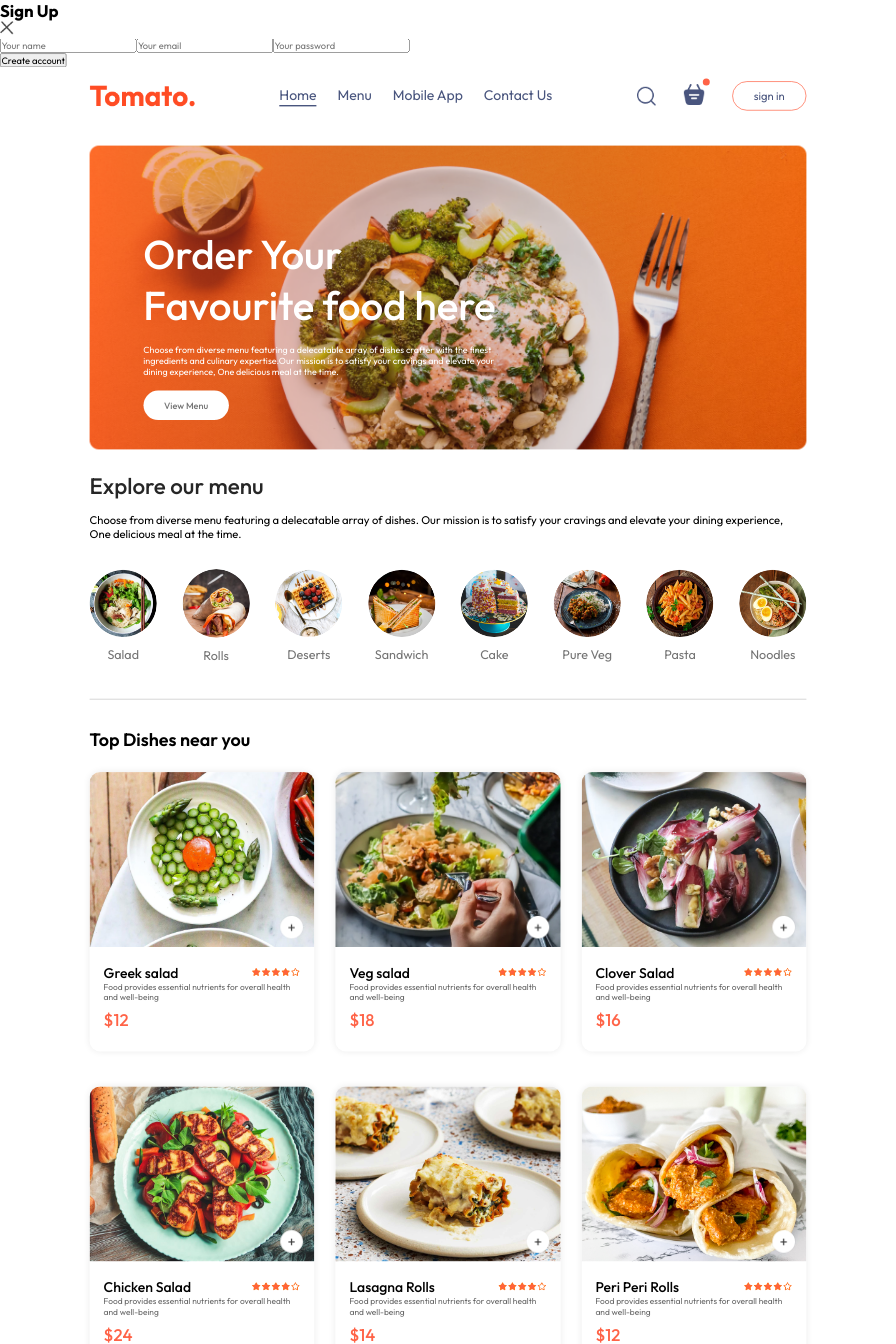
Repository: esakkiraj8104/FOOD_ORDER1
Page: /, after clicking the first element matching `button`
The author's editor kept a copy of each file at every save. The page is drawn from the files as they stood at one save, then again after the next save.
The browser window is 1280 px wide. The pictures show the part of the page from y = 0 to 1920 px (the page is 6809 px tall before and 6779 px after), at 70% of full size.
The project was rebuilt for these pictures with package versions that can differ from the ones it lists, and the page was loaded fresh each time. Also part of the build but not shown: vite.config.js, src/pages/Cart/Cart.css, src/pages/Cart/Cart.jsx, src/components/LoginPopup/LoginPopup.css. Imported but missing from the stored project, and not drawn on this page: src/pages/PlaceOrder/PlaceOrder.

Above is the page before, as saved 2025-05-17 14:10:05.

### index.html
<!doctype html>
<html lang="en">
  <head>
    <meta charset="UTF-8" />
    <link rel="icon" type="image/svg+xml" href="/vite.svg" />
    <meta name="viewport" content="width=device-width, initial-scale=1.0" />
    <title>Tomoto food Web</title>
  </head>
  <body>
    <div id="root"></div>
    <script type="module" src="/src/main.jsx"></script>
  </body>
</html>

### src/main.jsx
import React from 'react'
import ReactDOM from 'react-dom/client'
import './index.css'
import App from './App.jsx'
import {BrowserRouter} from 'react-router-dom'
import StoreContextProvider from './Context/StoreContext.jsx'

ReactDOM.createRoot(document.getElementById('root')).render(
  <BrowserRouter>
    <StoreContextProvider>
      <App />
    </StoreContextProvider>

  </BrowserRouter>

)

### src/index.css
@import url('https://fonts.googleapis.com/css2?family=Outfit:wght@100..900&display=swap');

*{
  padding: 0;
  margin: 0;
  box-sizing: border-box;
  font-family: outfit;
  scroll-behavior: smooth;
}
body{
  min-height: 100vh;
}
a{
  text-decoration :none;
  color: inherit;
}
.app{
  width: 80%;
  margin: auto;
}

@keyframes fadeIn {
  0%{
    opacity: 0;
  }
  100%{
    opacity: 1;
  }
}

### src/App.jsx
import React,{ useState } from 'react'
import { Route, Routes } from 'react-router-dom'
import Home from './pages/Home/Home'
import Cart from './pages/Cart/Cart'
import PlaceOrder from './pages/PlaceOrder/PlaceOrder'
import Navbar from './components/Navbar/Navbar/Navbar'
import Footer from './components/Navbar/Footer/Footer'
import LoginPopup from './components/LoginPopup/LoginPopup'

const App = () => {

  const[showLogin,setShowLogin]= useState(false)
  return (

    <>
    {showLogin?<LoginPopup setShowLogin={setShowLogin}/>:<></>}
      <div className='app'>
        <Navbar setShowLogin={setShowLogin}/>
        <Routes >
          <Route path='/' element={<Home />} />
          <Route path='/cart' element={<Cart />} />
          <Route path='/order' element={<PlaceOrder />} />
        </Routes>
      </div>
      <Footer />

    </>


  )
}

export default App

### src/Context/StoreContext.jsx
import { createContext, useEffect, useState } from "react";
import { food_list } from "../assets/assets";

export const StoreContext = createContext(null)

const StoreContextProvider = (props) => {

    const [cartItems,setCartItems]= useState({});

    const addToCart = (itemId) => {
        if (!cartItems[itemId]) {
            setCartItems((prev)=>({...prev,[itemId]:1}))
        }
        else{
            setCartItems((prev)=>({...prev,[itemId]:prev[itemId]+1}))
        }
    }

    const removeFromCart = (itemId) =>{
        setCartItems((prev)=>({...prev,[itemId]:prev[itemId]-1}))
    }

    useEffect(()=>{
        console.log(cartItems);
    },[cartItems])

    const contextValue = {
        food_list,
        cartItems,
        setCartItems,
        addToCart,
        removeFromCart

    }
    return (
        <StoreContext.Provider value={contextValue}>
            {props.children}
        </StoreContext.Provider>
    )
}

export default StoreContextProvider;

### src/pages/Home/Home.jsx
import React, { useState } from 'react'
import './Home.css'
import Header from '../../components/Navbar/Header/Header'
import ExploreMenu from '../../components/Navbar/ExploreMenu/ExploreMenu'
import FoodDisplay from '../../components/Navbar/FoodDisplay/FoodDisplay'
import AppDownload from '../../components/Navbar/AppDownload/AppDownload'

const Home = () => {

    const [category,setCategory]=useState("All");



  return (
    <div>
      <Header/>
      <ExploreMenu category={category} setCategory={setCategory}/>
      <FoodDisplay category={category}/>
      <AppDownload/>
    </div>
  )
}

export default Home

### src/components/Navbar/Navbar/Navbar.jsx
import React, { useState } from 'react'
import './Navbar.css'
import { assets } from '../../../assets/assets'
import { Link } from 'react-router-dom';
const Navbar = ({setShowLogin}) => {

    const [menu,setMenu] = useState("home");
  return (
    <div className='navbar'>
        <img src={assets.logo} alt="" className="logo" />
        <ul className="navbar-menu">
        <Link to='/'className={menu === "home" ? "active" : ""} onClick={() => setMenu("home")}>Home</Link>
        <a href='#explore-menu' className={menu === "menu" ? "active" : ""} onClick={() => setMenu("menu")}>Menu</a>
        <a href='#app-download'className={menu === "mobile-app" ? "active" : ""} onClick={() => setMenu("mobile-app")}>Mobile App</a>
        <a href='#footer'className={menu === "contact us" ? "active" : ""} onClick={() => setMenu("contact us")}>Contact Us</a>
        </ul>
        <div className="navbar-right">
            <img src={assets.search_icon} alt="" />
            <div className="navbar-search-icon">
                <img src={assets.basket_icon} alt="" />
                <div className="dot"></div>
            </div>
            <button onClick={()=>setShowLogin(true)}>sign in</button>
        </div>
    </div>
  )
}

export default Navbar

### src/components/Navbar/Footer/Footer.jsx
import React from 'react'
import './Footer.css'
import { assets } from '../../../assets/assets'

const Footer = () => {
  return (

    <div className='footer' id='footer'>
      <div className="footer-content">
        <div className="footer-content-left">
          <img src={assets.logo} alt="" />
          <p>Craving something delicious? We bring your favorite meals from top restaurants straight to your door, hot and fresh.
            With fast delivery, secure payments, and  24/7 support, ordering food has never been easier.
            Tomato.com - Serving happiness, one order at a time.</p>
          <div className="footer-social-icons">
            <img src={assets.facebook_icon} alt="" />
            <img src={assets.twitter_icon} alt="" />
            <img src={assets.linkedin_icon} alt="" />
          </div>
        </div>
        <div className="footer-content-center">
          <h2>COMPANY</h2>
          <ul>
            <li>Home</li>
            <li>About us</li>
            <li>Delivery</li>
            <li>Privacy Policy</li>
          </ul>
        </div>
        <div className="footer-content-right">
          <h2>GET IN TOUCH</h2>
          <ul>
            <li>+91-8765434534</li>
            <li>contact@tomato.com</li>
          </ul>
        </div>
      </div>
      <hr />
      <p className="footer-copyright">© 2025 Tomato.com – All Rights Reserved.</p>
    </div>
  )
}

export default Footer

### src/components/LoginPopup/LoginPopup.jsx
import React, { useState } from 'react'
import './LoginPopup.css'
import { assets } from '../../assets/assets'

const LoginPopup = ({setShowLogin}) => {

    const[currState,setCurrState]= useState("Sign Up")

  return (
    <div className='LoginPopup'>
      <form action="" className="login-popup-container">
        <div className="login-popup-title">
          <h2>{currState}</h2>
          <img onClick={()=>setShowLogin(false)} src={assets.cross_icon} alt="" />
        </div>
        <div className="login-popup-inputs">
          <input type="text" placeholder='Your name'required />
          <input type="email" placeholder='Your email'required />
          <input type="password" placeholder='Your password'required />
        </div>
        <button>{currState==="Sign Up"?"Create account":"Login"}</button>
      </form>
    </div>
  )
}

export default LoginPopup

### src/components/Navbar/Header/Header.jsx
import React from 'react'
import './Haeder.css'

const Header = () => {
  return (
    <div className='header'>
       <div className="header-contents">
        <h2>Order Your Favourite food here</h2>
        <p>Choose from diverse menu featuring a delecatable array of dishes crafter with the finest ingredients and culinary expertise.Our mission is to satisfy your cravings and elevate your dining experience, One delicious meal at the time. </p>
        <button>View Menu</button>
       </div>
    </div>

  )
}

export default Header

### src/components/Navbar/ExploreMenu/ExploreMenu.jsx
import React from 'react'
import './ExploreMenu.css'
import { menu_list } from '../../../assets/assets'
const ExploreMenu = ({category,setCategory}) => {
  return (
    <div className='explore-menu' id='explore-menu'>
        <h1>Explore our menu</h1>
        <p>Choose from diverse menu featuring a delecatable array of dishes. Our mission is to satisfy your cravings and elevate your dining experience, One delicious meal at the time. </p>
        <div className="explore-menu-list">
            {menu_list.map((item,index)=>{
                return (
                    <div onClick={()=>setCategory(prev=>prev===item.menu_name?"All":item.menu_name)} key={index} className='explore-menu-list-item'>
                        <img className={category===item.menu_name?"active":""} src={item.menu_image} alt="" />
                        <p>{item.menu_name}</p>
                    </div>
                )
            })}
        </div>
        <hr/>
    </div>
  )
}

export default ExploreMenu

### src/components/Navbar/FoodDisplay/FoodDisplay.jsx
import React, { useContext } from 'react'
import './FoodDisplay.css'
import { StoreContext } from '../../../Context/StoreContext'
import FoodItem from '../FoodItem/FoodItem'

const FoodDisplay = ({ category }) => {

  const { food_list } = useContext(StoreContext)

  return (
    <div className='food-display' id='food-display'>
      <h2>Top Dishes near you</h2>
      <div className="food-display-list">
        {food_list.map((item, index) => {
          if (category === "All" || category === item.category) {


            return <FoodItem key={index} id={item._id} name={item.name} description={item.description} price={item.price} image={item.image} />
          }
        })}
      </div>
    </div>
  )
}

export default FoodDisplay

### src/components/Navbar/AppDownload/AppDownload.jsx
import React from 'react'
import './AppDownload.css'
import { assets } from '../../../assets/assets'

const AppDownload = () => {
  return (
    <div className='app-download'id='app-download'>
      <p>For Better Experience Download <br /> Tomato App</p>
      <div className="app-download-platforms">
        <img src={assets.play_store} alt="" />
        <img src={assets.app_store} alt="" />

      </div>

    </div>
  )
}

export default AppDownload

### src/components/Navbar/Navbar/Navbar.css
.navbar{
    padding: 20px 0px;
    display: flex;
    justify-content: space-between;
    align-items: center;
}

.navbar .logo{
    width: 150px;
}

.navbar-menu{
    display: flex;
    list-style: none;
    gap: 30px;
    color: #49557e;
    font-size: 20px;
}

.navbar-right{
    display: flex;
    align-items: center;
    gap: 40px;
}

.navbar button{
    background: transparent;
    font-size: 16px;
    color: #49557e;
    border: 1px solid tomato;
    padding: 10px 30px;
    border-radius: 50px;
    cursor: pointer;
    transition: 0.3;
}

.navbar button:hover{
    background-color: #fff4f2;
}

.navbar .active{
    padding-bottom: 2px;
    border-bottom: 2px solid #49557e;
}

.navbar li{
    cursor: pointer;
}

.navbar-search-icon{
    position:relative;
}

.navbar-search-icon .dot{
    position: absolute;
    min-width: 10px;
    min-height: 10px;
    background-color: tomato;
    border-radius: 5px;
    top: -8px;
    right: -8px;
}
@media(max-width:1050px) {
    .navbar .logo{
        width: 140px;
    }
    .navbar-menu{
        gap: 20px;
        font-size: 17px;
    }
    .navbar-right{
        gap: 30px;
    }
    .navbar-right img{
        width: 22px;
    }
    .navbar-right button{
        padding: 8px 25px;
    }
}
@media(max-width:900px) {
    .navbar .logo{
        width: 120px;
    }
    .navbar-menu{
        gap: 15px;
        font-size: 16px;
    }
    .navbar-right{
        gap: 20px;
    }
    .navbar-right img{
        width: 20px;
    }
    .navbar-right button{
        padding: 7px 20px;
        font-size: 15px;
    }
}
@media(max-width:750px) {
    .navbar-menu{
        display: none;
    }
}

### src/components/Navbar/Footer/Footer.css
.footer{
    color: #d9d9d9;
    background: #323232;
    display: flex;
    flex-direction: column;
    align-items: center;
    gap: 20px;
    padding: 20px 8vw;
    padding-top: 80px;
    margin-top: 100px;

}

.footer-content{
    width: 100%;
    display: grid;
    grid-template-columns: 2fr 1fr 1fr;
    gap: 80px;
}
.footer-content-left, .footer-content-right, .footer-content-center{
    display: flex;
    flex-direction: column;
    align-items: start;
    gap: 20px;
}
.footer-content-left li, .footer-content-right li, .footer-content-center li{
    list-style: none;
    margin-bottom: 10px;
    cursor: pointer;
}
.footer-content-right h2, .footer-content-center h2 {
    color: white;
}
.footer-social-icons img{
    width: 40px;
    margin-right: 15px;
}
.footer hr{
    width: 100%;
    height: 2px;
    margin: 20px 0;
    background-color: grey;
    border: none;
}
@media (max-width:750px) {
    .footer-content{
        display: flex;
        flex-direction: column;
        gap: 35px;
    }
    .footer-copyright{
        text-align: center;
    }
}

### src/components/Navbar/Header/Haeder.css
.header{
    height: 34vw;
    margin: 30px auto;
    background: url('/header_img.png') no-repeat;
    background-size:  contain;
    position: relative;
}

.header-contents{
    position: absolute;
    display: flex;
    flex-direction: column;
    align-items: start;
    gap: 1.5vw;
    max-width: 50%;
    bottom: 10%;
    left: 6vw ;
    animation: fadeIn 3s;
}
.header-contents h2{
    font-weight: 500;
    color: white;
    font-size: max(4.5vw,22px);
}
.header-contents p{
    color: white;
    font-size: 1vw;
}
.header-contents button{
    border: none;
    color: #747474;
    font-weight: 500;
    padding: 1vw 2.3vw;
    background-color: white;
    font-size: max(1vw,13px);
    border-radius: 50px;
    cursor: pointer;
}
.header-contents button:hover{
    background-color: #fff4f2;
}
@media (max-width:1050px) {
    .header-contents{
        max-width: 45%;
    }
}
@media (max-width:750px) {
    .header-contents{
        max-width: 65%;
    }
    .header-contents p{
        display: none;
    }
    .header-contents button{
        padding: 2vw 4vw;
    }
}

### src/components/Navbar/ExploreMenu/ExploreMenu.css
.explore-menu{
    display:flex;
    flex-direction: column;
    gap: 20px;
}
.explore-menu h1{
    color: #262626;
    font-weight: 500 ;
}
.explore-menu-text{
    max-width: 60%;
    columns: #808080;
}
.explore-menu-list{
    display: flex;
    justify-content: space-between;
    align-items: center;
    gap: 30px;
    text-align: center;
    margin: 20px 0px;
    overflow-x: scroll;
}
.explore-menu-list::-webkit-scrollbar{
    display: none;
}
.explore-menu-list-item img{
    width: 7.5vw;
    min-width: 80px;
    cursor: pointer;
    border-radius: 50%;
    transition: 0.2s;
}
.explore-menu-list-item p{
    margin-top: 10px;
    color: #747474;
    font-size: max(1.4vw,16px);
    cursor: pointer;
}
.explore-menu hr{
    margin: 10px 0px;
    height: 2px;
    background-color: #e2e2e2;;
    border:none;
}
.explore-menu-list-item .active{
    border: 4px solid tomato;
    padding: 2px;
}
@media (max-width:1050px) {
    .explore-menu-text{
        max-width: 100%;
        font-size: 14px;
    }
}

### src/components/Navbar/FoodItem/FoodItem.jsx
import React, { useContext } from 'react'
import './FoodItem.css'
import { assets } from '../../../assets/assets'
import { StoreContext } from '../../../Context/StoreContext'
const FoodItem = ({id,name,price,description,image}) => {


    const {cartItems,addToCart,removeFromCart} = useContext(StoreContext);

  return (
    <div className='food-item'>
        <div className="food-item-img-container">
            <img className='food-item-image' src={image} alt="" />
            {!cartItems[id]
                ?<img className='add' onClick={()=>addToCart(id)} src={assets.add_icon_white} alt=""/>
                :<div className='food-item-counter'>
                  <img onClick={()=>removeFromCart(id)} src={assets.remove_icon_red} alt="" />
                  <p>{cartItems[id]}</p>
                  <img onClick={()=>addToCart(id)}  src={assets.add_icon_green} alt="" />
                </div>
            }
        </div>
        <div className="food-item-info">
            <div className="food-item-name-rating">
                <p>{name}</p>
                <img src={assets.rating_starts} alt="" />
            </div>
            <p className="food-item-desc">{description}</p>
            <p className="food-item-price">${price}</p>
        </div>

    </div>
  )
}

export default FoodItem

### src/components/Navbar/AppDownload/AppDownload.css
.app-download{
    margin: auto auto;
    margin-top: 100px;
    font-size: max(3vw,20px);
    text-align: center;
    font-weight: 500;
}
.app-download-platforms{
    display: flex;
    justify-content: center;
    gap: max(2vw,10px);
    margin-top: 40px;
}
.app-download-platforms img{
    width: max(30vw,120px);
    max-width: 180px;
    transition: 0.5s;
    cursor:pointer;
}
.app-download-platforms img:hover{
    transform: scale(1.1);
}

### src/components/Navbar/FoodItem/FoodItem.css
.food-item{
    width: 100%;
    margin: auto;
    border-radius: 15px;
    box-shadow: 0px 0px 10px #00000015;
    transition: 0.3s;
    animation: fadeIn 1s;
}
.food-item-image{
    width: 100%;
    border-radius: 15px 15px 0px 0px;

}
.food-item-info{
    padding: 20px;
}
.food-item-name-rating{
    display: flex;
    justify-content: space-between;
    align-items: center;
    margin-bottom: 100;
}
.food-item-name-rating p{
    font-size: 20px;
    font-weight: 500;
}
.food-item-name-rating img{
    width: 70px;
}
.food-item-desc{
    color: #676767;
    font-size: 12px;
}
.food-item-price{
    color: tomato;
    font-size: 24px;
    font-weight: 500;
    margin: 10px 0px;
}
.food-item-img-container{
    position: relative;
}
.food-item-img-container .add{
    width: 35px;
    position: absolute;
    bottom: 15px;
    right: 15px;
    cursor: pointer;
    border-radius: 50%;
}
.food-item-counter{
    position: absolute;
    bottom: 15px;
    right:15px;
    display: flex;
    align-items: center;
    gap: 10px;
    padding: 6px;
    border-radius: 50px;
    background-color: white;
}
.food-item-counter img{
    width: 30px;
}

Loaded but not shown: src/components/Navbar/FoodDisplay/FoodDisplay.css (common file); src/assets/assets.js (350 lines, source omitted); src/pages/Home/Home.css (no stored copy; drawn as an empty file)

After the next save:
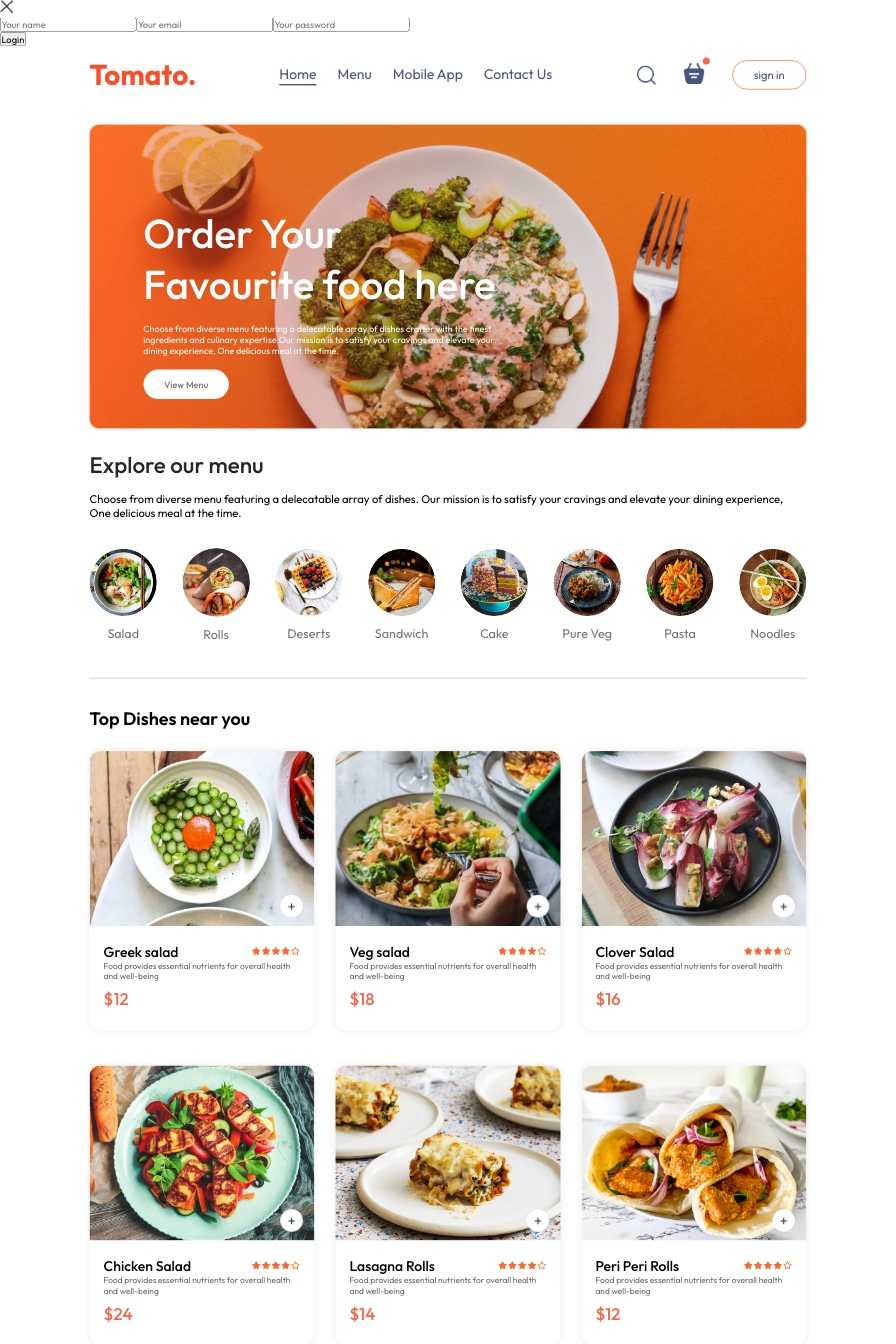
Saved 7 s later.
--- a/src/components/LoginPopup/LoginPopup.jsx
+++ b/src/components/LoginPopup/LoginPopup.jsx
@@ -4,7 +4,7 @@
 
 const LoginPopup = ({setShowLogin}) => {
 
-    const[currState,setCurrState]= useState("Sign Up")
+    const[currState,setCurrState]= useState("")
 
   return (
     <div className='LoginPopup'>

After the save that followed:
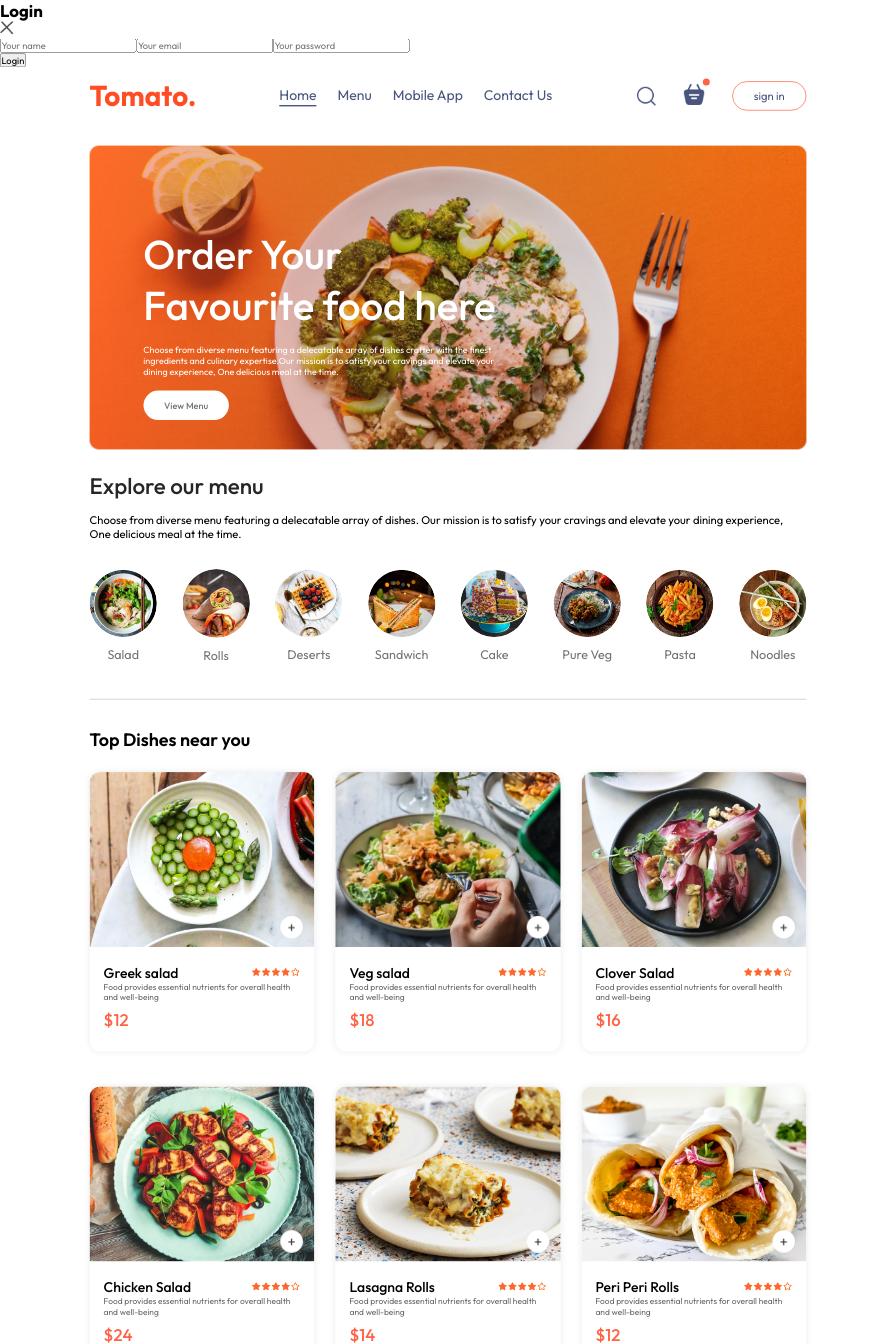
Saved 5 s later.
--- a/src/components/LoginPopup/LoginPopup.jsx
+++ b/src/components/LoginPopup/LoginPopup.jsx
@@ -4,7 +4,7 @@
 
 const LoginPopup = ({setShowLogin}) => {
 
-    const[currState,setCurrState]= useState("")
+    const[currState,setCurrState]= useState("Login")
 
   return (
     <div className='LoginPopup'>
